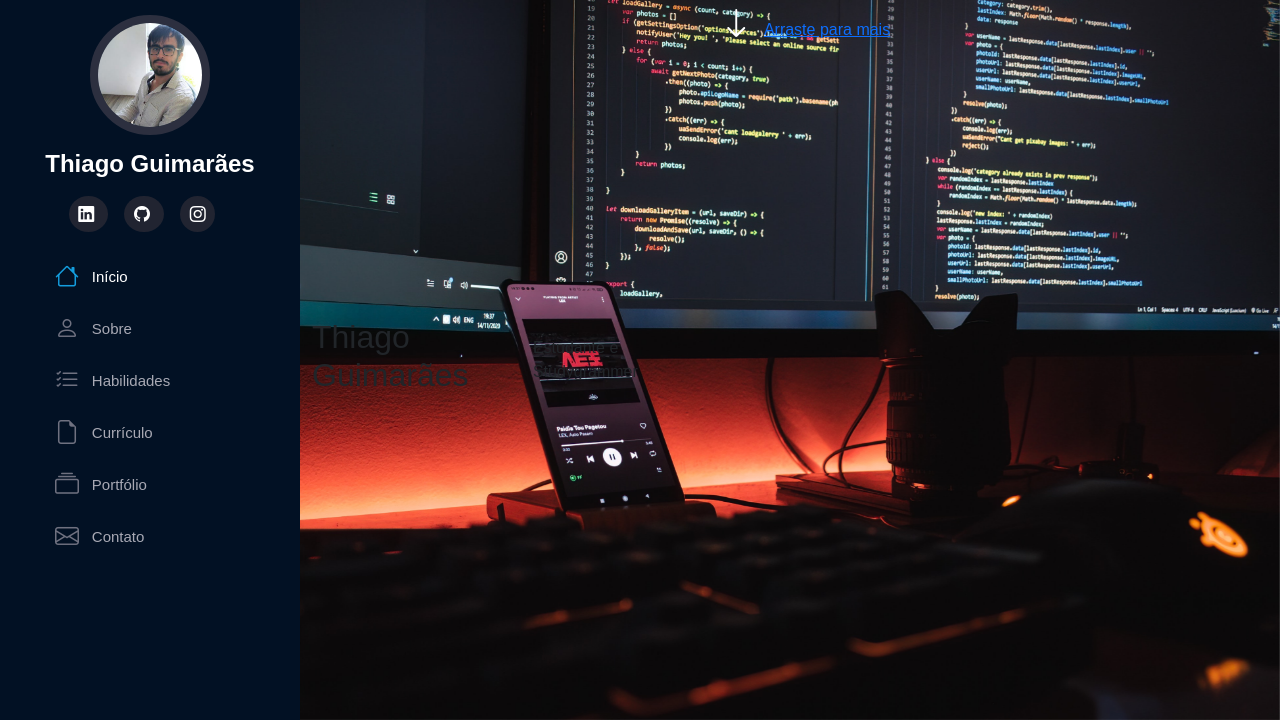
Repository: Rayago/projeto-portfolio
Page: http://localhost/
An editor plug-in stored every save of this project. The page is shown before and after the next save, followed by the edit.
The browser window is 1280 px wide. The pictures show the whole page.
Some web fonts or font styles are not loaded; a fallback is used. The page is served by the project's application, run on Flask 3 (app.py).

Above is the page before, as saved 2022-07-12 17:21:33.

### templates/index.html
<!DOCTYPE html>
<html lang="pt-br">
<head>
    <meta charset="UTF-8">
    <meta http-equiv="X-UA-Compatible" content="IE=edge">
    <meta name="viewport" content="width=device-width, initial-scale=1.0">
    <link rel="stylesheet" href="../static/bootstrap/css/bootstrap.css">
    <link rel="stylesheet" href="../static/style.css">
    <link rel="icon" type="image/png" href="../static/img">
    <link rel="stylesheet" href="https://cdn.jsdelivr.net/npm/bootstrap-icons@1.8.3/font/bootstrap-icons.css">
    <title>Thiago Guimarães</title>
</head>
<body>

    <aside id="header">
        <section class="profile">
            <img src="../static/img/meu_perfil.jpg" alt="Foto Perfil"/>
            <h1>Thiago Guimarães</h1>
            <div class="social-links mt-4 text-center">
                <a target="_blank" href="https://www.linkedin.com/in/raymundo-thiago">
                    <i class="bi bi-linkedin"></i>
                </a>
                <a target="_blank" href="https://www.github.com/Rayago">
                    <i class="bi bi-github"></i>
                </a>
                <a target="_blank" href="https://www.instagram.com/estudatech">
                    <i class="bi bi-instagram"></i>
                </a>
            </div>
        </section>

        <nav id="navbar" class="nav-menu">
            <ul class="nav flex-column">
                <li class="nav-item">
                  <a class="nav-link active" aria-current="page" href="#"><i class="bi bi-house" aria-hidden="true"></i> Início</a>
                </li>
                <li class="nav-item">
                  <a class="nav-link" href="#"><i class="bi bi-person" aria-hidden="true"></i> Sobre</a>
                </li>
                <li class="nav-item">
                  <a class="nav-link" href="#"><i class="bi bi-list-check" aria-hidden="true"></i> Habilidades</a>
                </li>
                <li class="nav-item">
                    <a class="nav-link" aria-current="page" href="#"><i class="bi bi-file-earmark" aria-hidden="true"></i> Currículo</a>
                </li>
                <li class="nav-item">
                    <a class="nav-link" href="#"><i class="bi bi-collection" aria-hidden="true"></i> Portfólio</a>
                </li>
                <li class="nav-item">
                    <a class="nav-link" href="#"><i class="bi bi-envelope" aria-hidden="true"></i> Contato</a>
                </li>
              </ul>
        </nav>

    </aside>

    <main id="main">

        <section id="inicio" class="row m-0 p-0">
            <div class="col-md-5 d-flex justify-content-center align-items-center">
                <h2>Thiago Guimarães</h2>
                <span>Estudante e Studygrammer</span>
            </div>

            <div class="col-md-7">
                <i class="bi bi-arrow-down text-white pe-2 fs-2" aria-hidden="true"></i>
                <a href="">Arraste para mais</a>
            </div>
        </section>

    </main>

    <script src="../static/bootstrap/js/bootstrap.bundle.min.js"></script>
    <script src="../static/script.js"></script>
</body>
</html>

### app.py
from flask import Flask, render_template, redirect

app = Flask(__name__)

@app.route('/')
def index():
    return render_template('index.html')

if __name__ == '__main__':
    app.run(debug=True)

### static/style.css
@import url('https://fonts.googleapis.com/css2?family=Ubuntu:ital,wght@0,300;0,400;0,500;0,700;1,300;1,400;1,500;1,700&display=swap');

html, body {
    font-family: Ubuntu, Arial;
    width: 100%;
    height: 100%;
}

#header {
    position: fixed;
    top: 0;
    left: 0;
    bottom: 0;
    background: #021124;
    overflow-y: auto;
    width: 300px;
    transition: all ease-in-out 0.5s;
    padding: 0 15px;
    z-index: 9997;
}

#header .profile img {
    margin: 15px auto;
    display: block;
    width: 120px;
    border: 8px solid #2c2f3f;
    border-radius: 50%;
}

#header .profile h1 {
    font-size: 24px;
    margin: 0;
    padding: 0;
    font-weight: 600;
    text-align: center;
    color: white;
}

#header .profile .social-links a {
    font-size: 1rem;
    background: #212431;
    color: #fff;
    padding: 0.6rem;
    margin-right: 1rem;
    border-radius: 50%;
    transition: 0.3s;
    text-decoration: none;
}

#header .profile .social-links a:hover {
    background: #149ddd;
}

.nav-menu {
    padding: 1.5rem;
}

.nav-menu a,
.nav-menu a:focus {
    display: flex;
    align-items: center;
    color: #a8a9b4;
    transition: 0.3s;
    font-size: 15px;
}

.nav-menu a i,
.nav-menu a:focus i {
    font-size: 24px;
    padding-right: 0.8rem;
    color: #6f7180;
}

.nav-menu a:hover,
.nav-menu .active,
.nav-menu .active:focus,
.nav-menu li:hover > a {
    text-decoration: none;
    color: #fff;
}

.nav-menu a:hover i,
.nav-menu .active i,
.nav-menu .active:focus i,
.nav-menu li:hover > a i {
    color: #149ddd;
}

#main{
    margin-left: 300px;
}

section#inicio {
    background-image: url("./img/banner.jpg");
    background-repeat: no-repeat;
    background-size: cover;
    background-attachment: fixed;
    background-position: center;

    width: 100%;
    height: 100vh;
}

Loaded but not shown: static/bootstrap/css/bootstrap.css (library); static/bootstrap/js/bootstrap.bundle.min.js (library); static/script.js (no stored copy; drawn as an empty file)

After the next save:
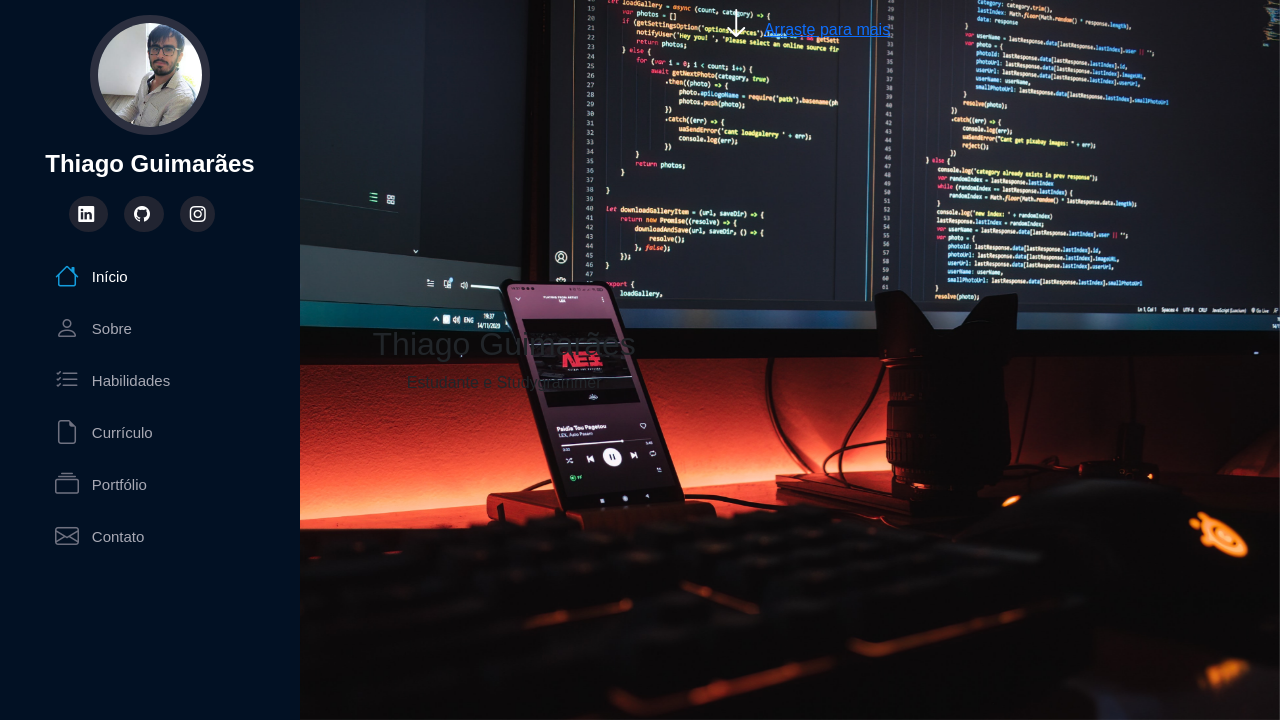
Saved 84 s later.
--- a/templates/index.html
+++ b/templates/index.html
@@ -57,7 +57,7 @@
     <main id="main">
 
         <section id="inicio" class="row m-0 p-0">
-            <div class="col-md-5 d-flex justify-content-center align-items-center">
+            <div class="col-md-5 d-flex justify-content-center align-items-center flex-column">
                 <h2>Thiago Guimarães</h2>
                 <span>Estudante e Studygrammer</span>
             </div>
